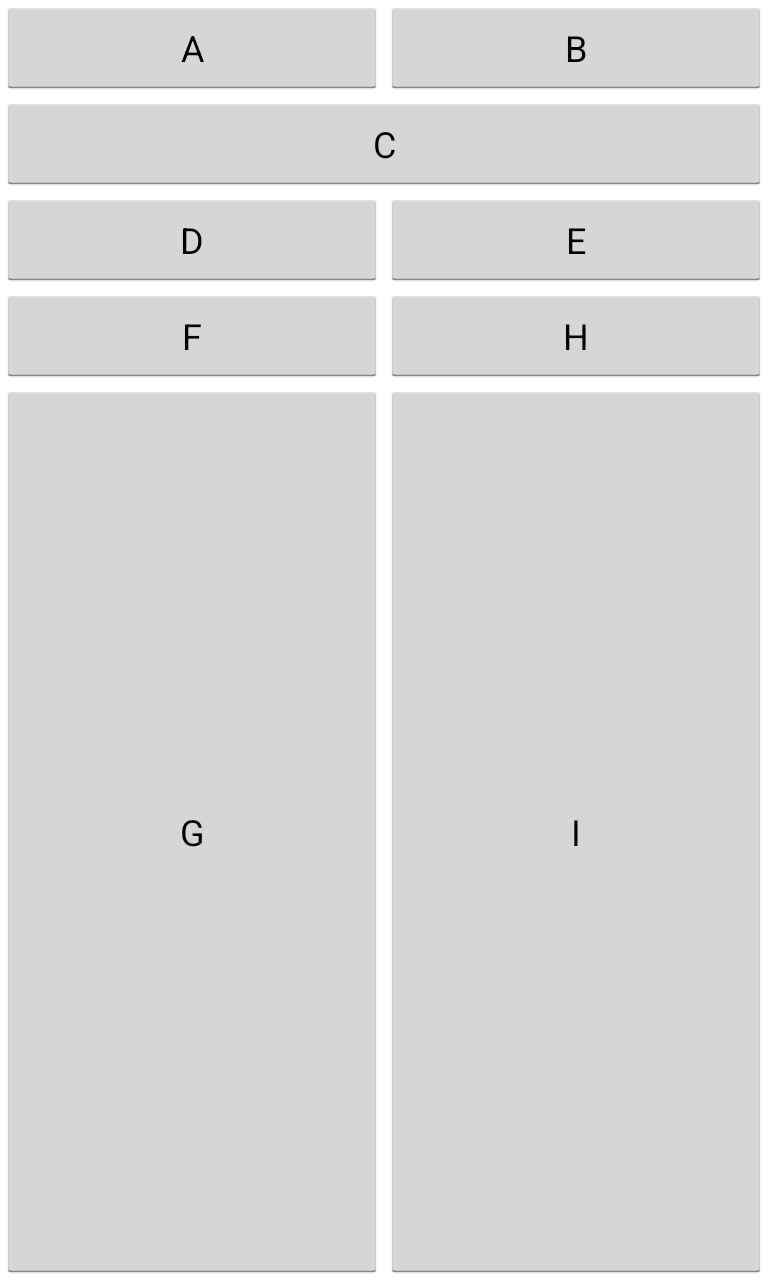
Repository: iracom/ejercicios-android
Layout: Layouts/res/layout/activity_relative.xml
An editor plug-in stored every save of this project. The layout is shown before and after the next save, followed by the edit.
It is drawn on a 768 x 1280 px phone screen (xhdpi) without system bars, with theme AppTheme; the app's code is not run.

Above is the layout before, as saved 2014-05-07 08:03:35.

### Layouts/res/layout/activity_relative.xml
<RelativeLayout xmlns:android="http://schemas.android.com/apk/res/android"
    xmlns:tools="http://schemas.android.com/tools"
    android:id="@+id/container"
    android:layout_width="match_parent"
    android:layout_height="match_parent"
    tools:context="com.iraitzcompains.layouts.RelativeActivity"
    tools:ignore="MergeRootFrame" >

    <TextView
        android:id="@+id/textView1"
        android:layout_width="wrap_content"
        android:layout_height="wrap_content"
        android:layout_centerInParent="true" />

    <Button
        android:id="@+id/button1"
        android:layout_width="match_parent"
        android:layout_height="wrap_content"
        android:layout_alignParentLeft="true"
        android:layout_alignRight="@id/textView1"
        android:text="@string/button_a" />

    <Button
        android:id="@+id/button2"
        android:layout_width="match_parent"
        android:layout_height="wrap_content"
        android:layout_alignParentRight="true"
        android:layout_alignLeft="@id/textView1"
        android:text="@string/button_b" />

    <Button
        android:id="@+id/button3"
        android:layout_width="wrap_content"
        android:layout_height="wrap_content"
        android:layout_alignParentLeft="true"
        android:layout_alignParentRight="true"
        android:layout_centerHorizontal="true"
        android:layout_below="@id/button1"
        android:text="@string/button_c" />

    <TextView
        android:id="@+id/textView2"
        android:layout_width="wrap_content"
        android:layout_height="wrap_content"
        android:layout_below="@id/button3"
        android:layout_centerInParent="true"/>

    <Button
        android:id="@+id/button4"
        android:layout_width="match_parent"
        android:layout_height="wrap_content"
        android:layout_alignParentLeft="true"
        android:layout_alignRight="@id/textView2"
        android:layout_below="@id/button3"
        android:text="@string/button_d" />

    <Button
        android:id="@+id/button5"
        android:layout_width="match_parent"
        android:layout_height="wrap_content"
        android:layout_alignParentRight="true"
        android:layout_alignLeft="@id/textView2"
        android:layout_below="@id/button3"
        android:text="@string/button_e" />

    <TextView
        android:id="@+id/textView3"
        android:layout_width="wrap_content"
        android:layout_height="match_parent"
        android:layout_alignParentBottom="true"
        android:layout_centerHorizontal="true"/>

    <Button
        android:id="@+id/button6"
        android:layout_width="match_parent"
        android:layout_height="wrap_content"
        android:layout_below="@id/button4"
        android:layout_alignParentLeft="true"
        android:layout_alignRight="@id/textView3"
        android:text="@string/button_f" />

    <Button
            android:id="@+id/button7"
            android:layout_width="match_parent"
            android:layout_height="match_parent"
            android:layout_below="@id/button6"
            android:layout_alignParentLeft="true"
            android:layout_alignParentBottom="true"
            android:layout_alignRight="@id/textView3"
            android:text="@string/button_g" />

    <Button
        android:id="@+id/button8"
        android:layout_width="wrap_content"
        android:layout_height="wrap_content"
        android:layout_alignParentRight="true"
        android:layout_alignLeft="@id/textView3"
        android:layout_below="@id/button5"
        android:text="@string/button_h" />

    <Button
        android:id="@+id/button9"
        android:layout_width="wrap_content"
        android:layout_height="wrap_content"
        android:layout_alignParentRight="true"
        android:layout_alignParentBottom="true"
        android:layout_alignLeft="@id/textView3"
        android:layout_below="@+id/button8"
        android:text="@string/button_i" />

</RelativeLayout>

### Layouts/res/values/strings.xml
<?xml version="1.0" encoding="utf-8"?>
<resources>

    <string name="app_name">Layouts</string>
    <string name="hello_world">Hello world!</string>
    <string name="action_settings">Settings</string>
    <string name="button_a">A</string>
    <string name="button_b">B</string>
    <string name="button_c">C</string>
    <string name="button_d">D</string>
    <string name="button_e">E</string>
    <string name="button_f">F</string>
    <string name="button_g">G</string>
    <string name="button_h">H</string>
    <string name="button_i">I</string>
    <string name="title_activity_relative">RelativeActivity</string>

</resources>

Loaded but not shown: Layouts/res/values/styles.xml (common file); Layouts/res/values-v11/styles.xml (common file); Layouts/res/values-v14/styles.xml (common file)

After the next save:
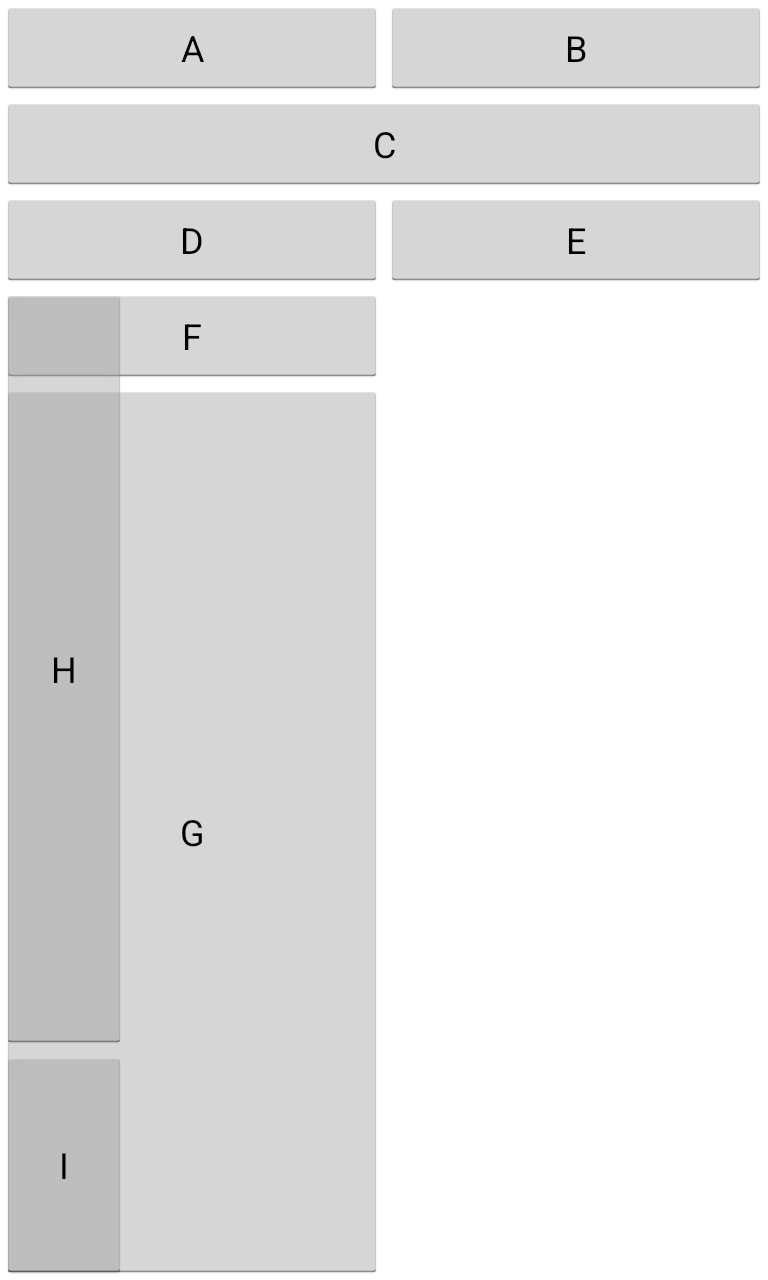
Saved 109 s later.
--- a/Layouts/res/layout/activity_relative.xml
+++ b/Layouts/res/layout/activity_relative.xml
@@ -24,8 +24,8 @@
         android:id="@+id/button2"
         android:layout_width="match_parent"
         android:layout_height="wrap_content"
+        android:layout_alignLeft="@id/textView1"
         android:layout_alignParentRight="true"
-        android:layout_alignLeft="@id/textView1"
         android:text="@string/button_b" />
 
     <Button
@@ -34,8 +34,8 @@
         android:layout_height="wrap_content"
         android:layout_alignParentLeft="true"
         android:layout_alignParentRight="true"
+        android:layout_below="@id/button1"
         android:layout_centerHorizontal="true"
-        android:layout_below="@id/button1"
         android:text="@string/button_c" />
 
     <TextView
@@ -43,7 +43,7 @@
         android:layout_width="wrap_content"
         android:layout_height="wrap_content"
         android:layout_below="@id/button3"
-        android:layout_centerInParent="true"/>
+        android:layout_centerInParent="true" />
 
     <Button
         android:id="@+id/button4"
@@ -58,8 +58,8 @@
         android:id="@+id/button5"
         android:layout_width="match_parent"
         android:layout_height="wrap_content"
+        android:layout_alignLeft="@id/textView2"
         android:layout_alignParentRight="true"
-        android:layout_alignLeft="@id/textView2"
         android:layout_below="@id/button3"
         android:text="@string/button_e" />
 
@@ -68,44 +68,47 @@
         android:layout_width="wrap_content"
         android:layout_height="match_parent"
         android:layout_alignParentBottom="true"
-        android:layout_centerHorizontal="true"/>
+        android:layout_centerHorizontal="true" />
 
     <Button
         android:id="@+id/button6"
         android:layout_width="match_parent"
         android:layout_height="wrap_content"
-        android:layout_below="@id/button4"
         android:layout_alignParentLeft="true"
         android:layout_alignRight="@id/textView3"
+        android:layout_below="@id/button4"
         android:text="@string/button_f" />
 
     <Button
-            android:id="@+id/button7"
-            android:layout_width="match_parent"
-            android:layout_height="match_parent"
-            android:layout_below="@id/button6"
-            android:layout_alignParentLeft="true"
-            android:layout_alignParentBottom="true"
-            android:layout_alignRight="@id/textView3"
-            android:text="@string/button_g" />
+        android:id="@+id/button7"
+        android:layout_width="match_parent"
+        android:layout_height="match_parent"
+        android:layout_alignParentBottom="true"
+        android:layout_alignParentLeft="true"
+        android:layout_alignRight="@id/textView3"
+        android:layout_below="@id/button6"
+        android:text="@string/button_g" />
 
-    <Button
-        android:id="@+id/button8"
+    <LinearLayout
         android:layout_width="wrap_content"
-        android:layout_height="wrap_content"
-        android:layout_alignParentRight="true"
-        android:layout_alignLeft="@id/textView3"
+        android:layout_height="match_parent"
         android:layout_below="@id/button5"
-        android:text="@string/button_h" />
+        android:orientation="vertical" >
 
-    <Button
-        android:id="@+id/button9"
-        android:layout_width="wrap_content"
-        android:layout_height="wrap_content"
-        android:layout_alignParentRight="true"
-        android:layout_alignParentBottom="true"
-        android:layout_alignLeft="@id/textView3"
-        android:layout_below="@+id/button8"
-        android:text="@string/button_i" />
+        <Button
+            android:id="@+id/button8"
+            android:layout_width="wrap_content"
+            android:layout_height="wrap_content"
+            android:layout_weight="5"
+            android:text="@string/button_h" />
+
+        <Button
+            android:id="@+id/button9"
+            android:layout_width="wrap_content"
+            android:layout_height="wrap_content"
+            android:layout_weight="1"
+            android:text="@string/button_i" />
+
+    </LinearLayout>
 
 </RelativeLayout>
